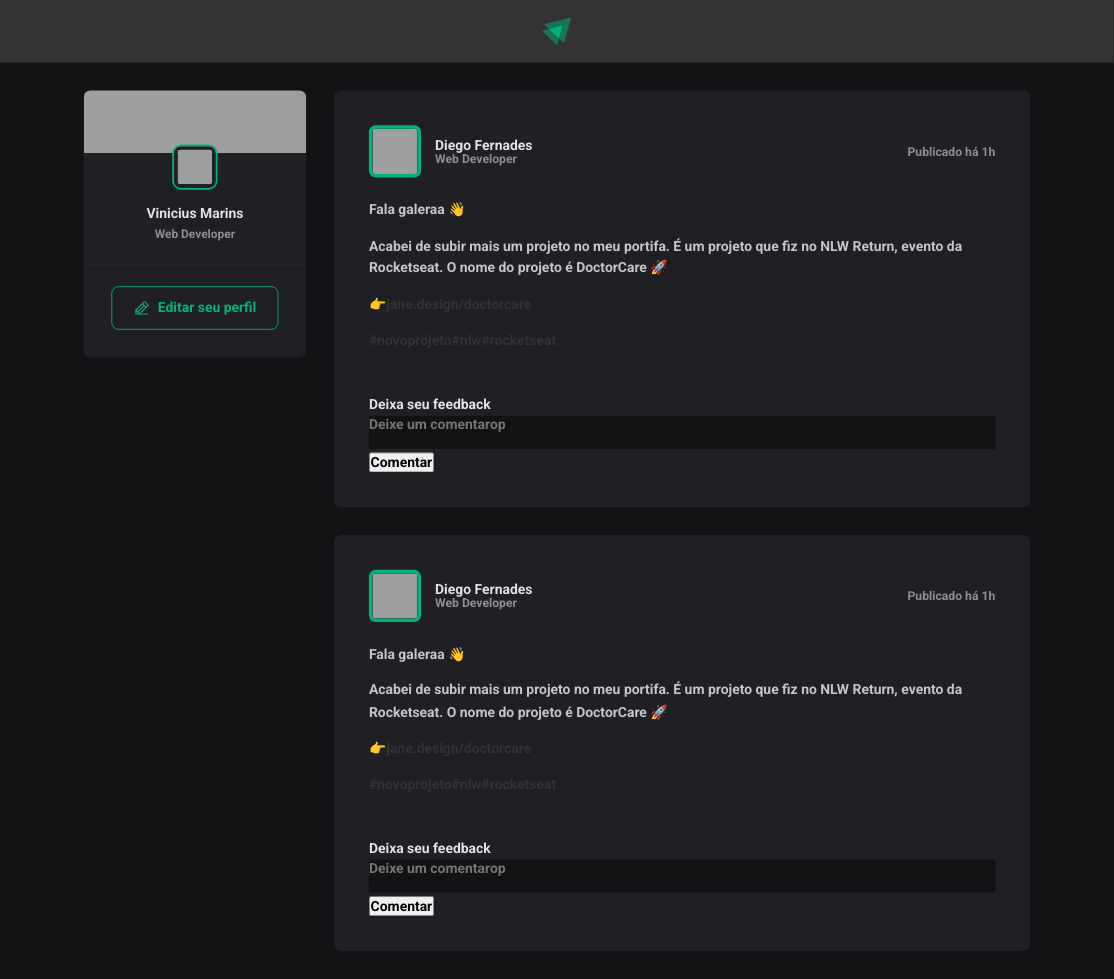
Repository: viniimartins/reactFundamentosRocketseat
Page: /
The author's editor kept a copy of each file at every save. The page is drawn from the files as they stood at one save, then again after a run of saves.
The browser window is 1280 px wide. The pictures show the whole page, at 87% of full size.
Pictures or frames that could not be fetched are drawn as grey boxes. The project was rebuilt for these pictures with package versions that can differ from the ones it lists, and the page was loaded fresh each time. Also part of the build but not shown: vite.config.js.

Above is the page before, as saved 2023-04-29 23:11:50.

After the next 2 saves:
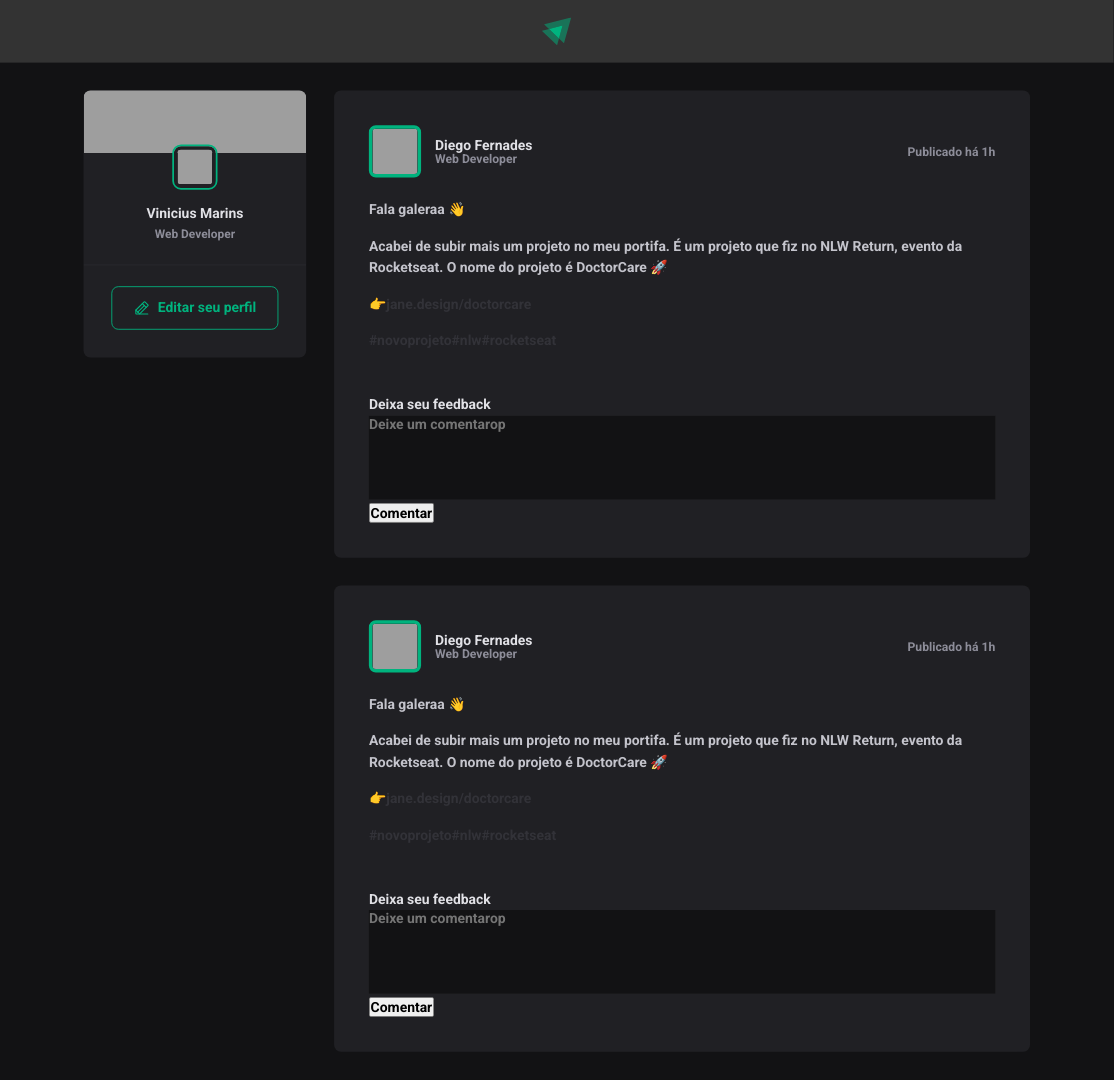
The 2 saves are shown as one change because they came seconds apart.
The last was saved 12 s later.
--- a/src/Components/Post.module.css
+++ b/src/Components/Post.module.css
@@ -84,5 +84,5 @@
   background-color: var(--gray-900);
   border: 0px;
   resize: none;
-  height: 6p
+  height: 6rem;
 }
